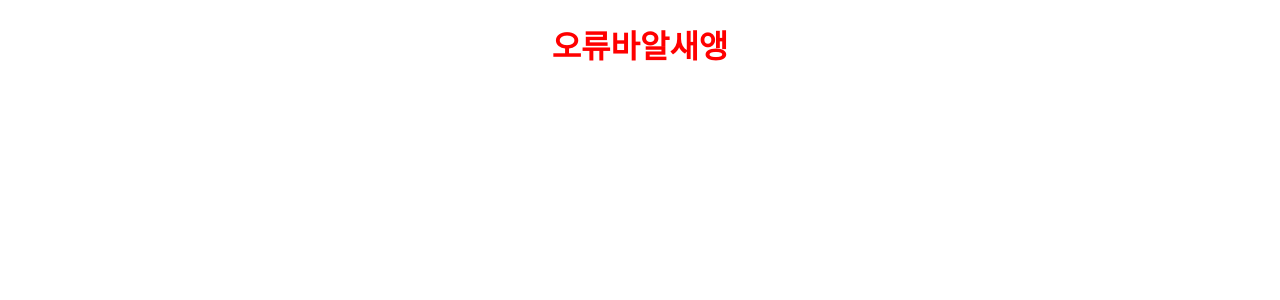
Repository: 1400CP/05_server-workspace1
Page: http://localhost/2_JSP/views/error500.jsp
These files come from the project's save history. The page is drawn as it stood at one moment and after the next save; the edit follows.
The browser window is 1280 px wide. The pictures show the whole page.
The page is served by Tomcat 9.

Above is the page before, as saved 2025-02-14 07:35:12.

### 2_JSP/WebContent/views/error500.jsp
<%@ page language="java" contentType="text/html; charset=UTF-8"
    pageEncoding="UTF-8"%>
<!DOCTYPE html>
<html>
<head>
<meta charset="UTF-8">
<title>Insert title here</title>
</head>
<body>
	<h1 align="center" style="color: red;">오류바알새앵</h1>
</body>
</html>

After the next save:
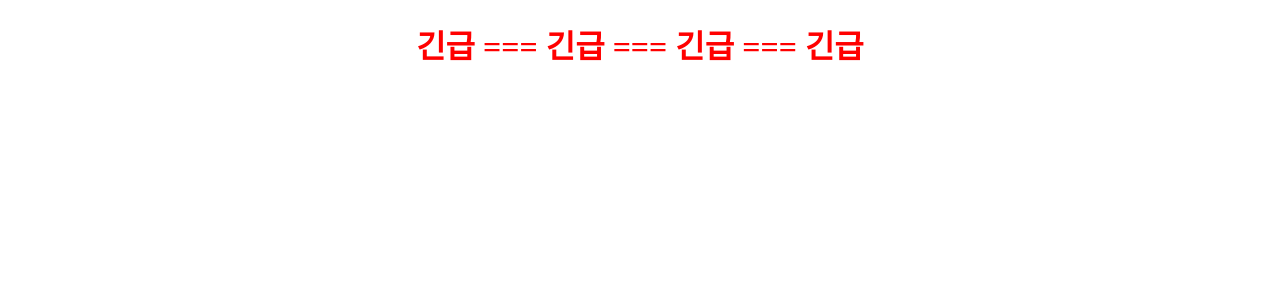
Saved 42 s later.
--- a/2_JSP/WebContent/views/error500.jsp
+++ b/2_JSP/WebContent/views/error500.jsp
@@ -7,6 +7,6 @@
 <title>Insert title here</title>
 </head>
 <body>
-	<h1 align="center" style="color: red;">오류바알새앵</h1>
+	<h1 align="center" style="color: red;">긴급 === 긴급 === 긴급 === 긴급</h1>
 </body>
 </html>
